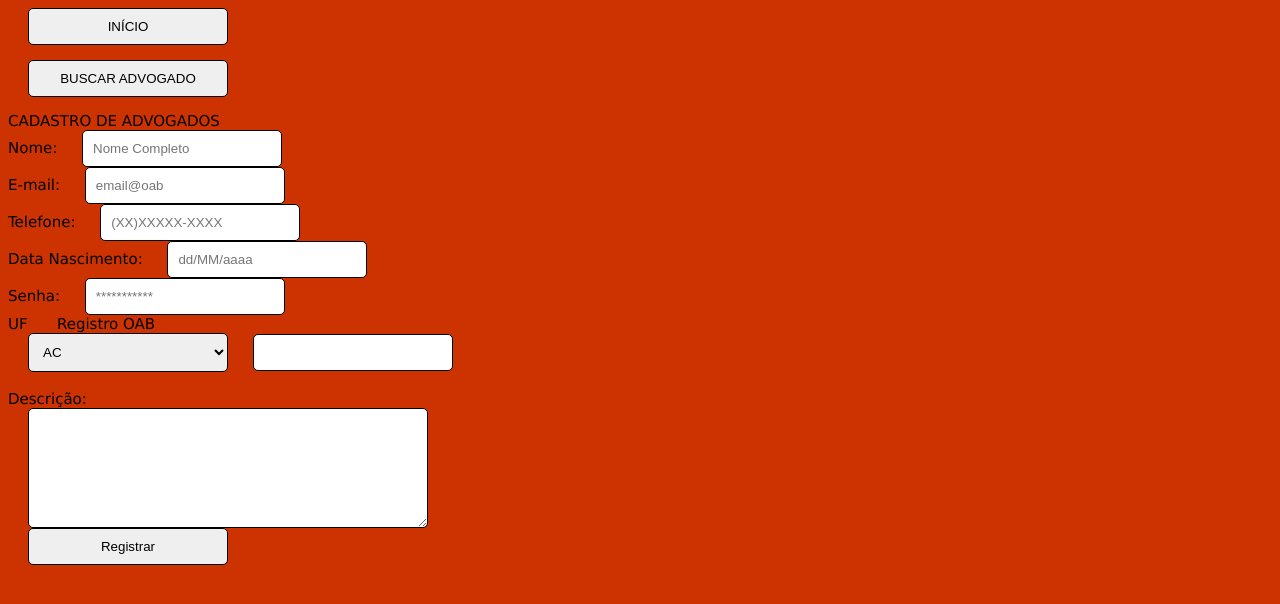
Repository: Natan16/CRUDJUSTTO
Page: http://localhost/CRUDJUSTTOWEB/adiciona-advogado.jsp
These files come from the project's save history. The page is drawn as it stood at one moment and after the next save; the edit follows.
The browser window is 1280 px wide. The pictures show the whole page.
The page is served by Tomcat 9. Other server files are loaded and not shown.

Above is the page before, as saved 2019-09-01 02:55:19.

### CRUDJUSTTOWEB/WebContent/adiciona-advogado.jsp
<%@ page import="utils.Listagens,
				 java.util.List,
                  dao.*,
                  model.*" %>

<html>
	<head>
		<link href="Estilo.css" rel="stylesheet" media="all" />
	</head>
     <body>

     	<form action="index.html" method="post">
			<input type="submit" value="INÍCIO" >
		</form>

		<form action="consulta-advogado.jsp" method="post">
			<input type="submit" value="BUSCAR ADVOGADO" >
		</form>
          CADASTRO DE ADVOGADOS <br />
      	<form action="adicionaAdvogado">
           <%--  <%
				boolean modoEditar = true ;
 			%>
		 	<c:if test="${param.ufOAB == null}">
				<%
             		modoEditar = false;
                %>
			</c:if>

			<c:if test="${param.registroOAB == null}">
				<%
					modoEditar = false;
                %>
			</c:if> --%>

			 Nome: <input type="text" name="nome" placeholder="Nome Completo" required/><br />
         	 E-mail: <input type="text" name="email" placeholder="email@oab" required/><br />
             Telefone: <input type="text" name="telefone" placeholder="(XX)XXXXX-XXXX"/><br />
             Data Nascimento: <input type="text" name="dataNascimento" placeholder="dd/MM/aaaa"/><br />
             Senha: <input type="password" name="senha" placeholder="***********" required/><br />

            <%--  <%
             	if(modoEditar){
             		AdvogadoDao dao = new AdvogadoDao();
             	    String ufOAB = %>"${param.ufOAB}"<%	;
             		String registroOAB = %>	${param.registroOAB}"<% ;
             		Advogado advogado = dao.procurarPorRegistro(new RegistroOAB(ufOAB , registroOAB));

             	}
             %>
              --%>

                          UF &nbsp;&emsp; Registro OAB <br />
             <select name="ufOAB">
             	<%
             	List<String> ufs = Listagens.getUfs();
			 	for (String uf : ufs ) {
                %>
                	<option value=<%=uf %>><%=uf%></option>
                <%
                }
                %>
  			 </select>
  			 <input type="text" name="registroOAB" /><br />
  			 <br />

             Descrição: <br />
             <textarea rows = "5" cols = "60" name = "desc"></textarea><br>
             <input   type="submit" value="Registrar" />
             <%--  <%
             	if(modoEditar){

              %>
             		<input   type="submit" value="Atualizar" />
             <%
             	}else {
             %>
             		<input   type="submit" value="Registrar" />
             <%
             	}
             %> --%>
         </form>

     </body>
 </html>

### CRUDJUSTTOWEB/src/utils/Listagens.java
package utils;

import java.util.ArrayList;
import java.util.List;


public class Listagens {
	private static List<String> ufs = new ArrayList<>(
			  List.of("AC","AL","AM","AP","BA","CE","DF","ES","GO","MA","MG","MS","MT","PA","PB","PE","PI",
			"PR","RJ","RN","RO","RR","RS","SC","SE","SP","TO"));

	public static List<String> getUfs() {
		return ufs;
	}

	private static List<Character> tiposDeRegistro = new ArrayList<>(
			  List.of('A', 'B' , 'E' , 'N' , 'P' , 'D'));

	public static List<Character> getTiposDeRegistro() {
		return tiposDeRegistro;
	}

}

### CRUDJUSTTOWEB/WebContent/Estilo.css


form , body{
    font-family: Verdana,Tahoma,sans-serif;
    font-size: 15px;
    background-color: #CC3300;
    max-width: 500px;
}

h1 {
    margin-bottom: 20px;
    margin-left: 20px;
    color: #66FFFF;
    text-shadow: 5px 5px 5px black;
}

select {
	width: 200px;
    padding: 10px;
    color: black;
    margin-left: 20px;
    -webkit-border-radius: 5px;
    -moz-border-radius: 5px;
    border: 1px solid;
}

input, textarea {
    width: 200px;
    padding: 10px;
    color: black;
    margin-left: 20px;
    -webkit-border-radius: 5px;
    -moz-border-radius: 5px;
    border: 1px solid;
}

input:hover, textarea:hover, input:focus, textarea:focus {
    border-color: #000066;
    box-shadow: 5px 0px 9px #FFFF00;
    background-color: #66FFFF;
    color: black;
    font-weight: bold;
}

.submit input {
    background-color: #66FFFF;
    height: 40px;
    width: 100px;
    font-weight: bold;
    border-radius: 5px;
    -webkit-border-radius: 5px;
    -moz-border-radius: 5px;
    border: 1px solid;
    color: black;
}

textarea {
    width: 400px;
    height: 120px;
    line-height: 20px;
    max-width: 400px;
}

form label {
    margin-left: 20px;
    color: #FFFFFF;
    font-weight: bold;
}

After the next save:
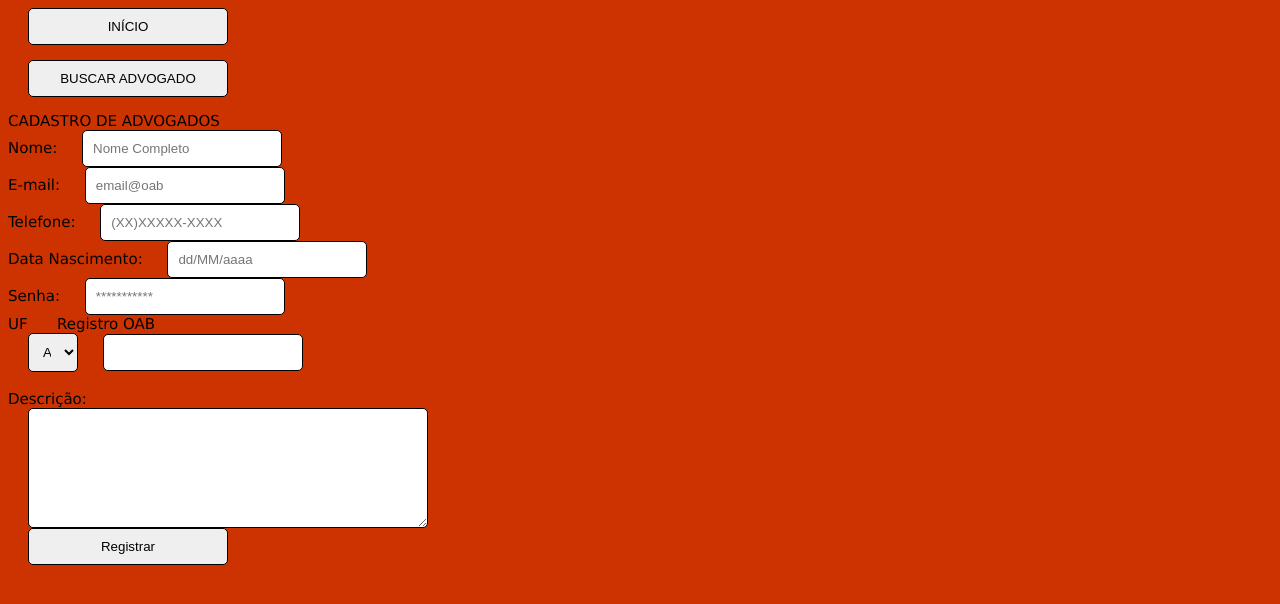
Saved 5 s later.
--- a/CRUDJUSTTOWEB/WebContent/Estilo.css
+++ b/CRUDJUSTTOWEB/WebContent/Estilo.css
@@ -15,7 +15,7 @@ h1 {
 }
 
 select {
-	width: 200px;
+	width: 50px;
     padding: 10px;
     color: black;
     margin-left: 20px;
